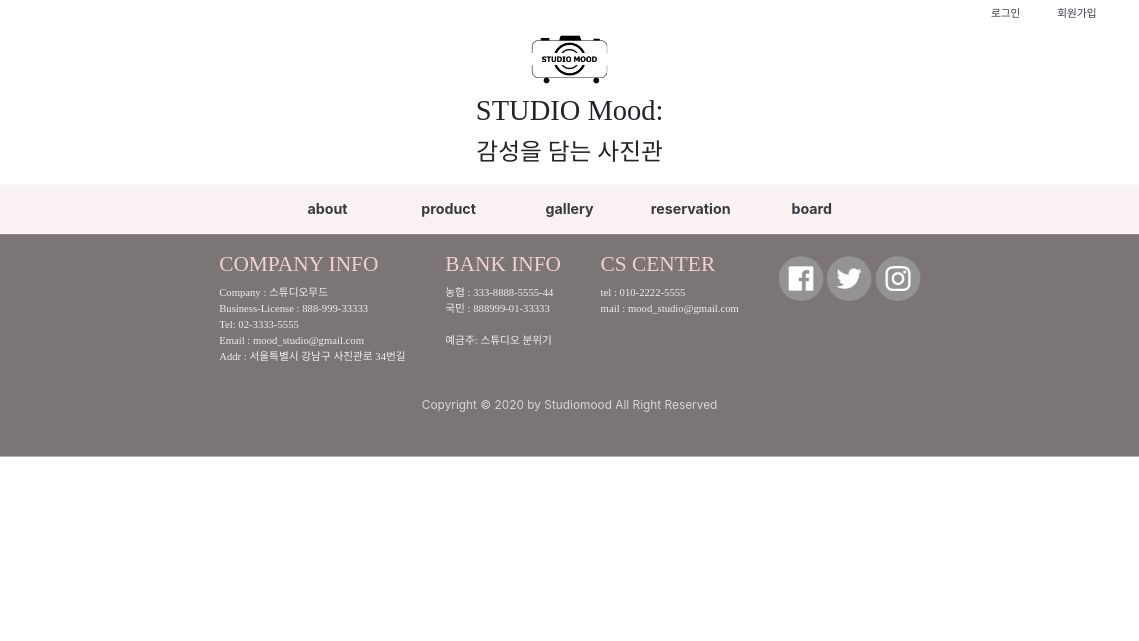
Repository: seugju/HSDsemi
Page: http://localhost/studioMood/views/product/productTest.jsp
These files come from the project's save history. The page is drawn as it stood at one moment and after the next save; the edit follows.
The browser window is 1280 px wide. The pictures show the whole page, at 89% of full size.
Some web fonts or font styles are not loaded; a fallback is used. The page is served by Tomcat 9. Other server files are loaded and not shown.

Above is the page before, as saved 2020-12-02 16:32:43.

### project-workspace/studioMood/WebContent/views/product/productTest.jsp
<%@ page language="java" contentType="text/html; charset=UTF-8"
    pageEncoding="UTF-8"%>
<!DOCTYPE html PUBLIC "-//W3C//DTD HTML 4.01 Transitional//EN" "http://www.w3.org/TR/html4/loose.dtd">
<html>
<head>
<meta http-equiv="Content-Type" content="text/html; charset=UTF-8">
<title>Insert title here</title>
</head>
<body>
<%@ include file="/WEB-INF/views/common/header.jsp" %>
<%@ include file="/WEB-INF/views/common/footer.jsp" %>
</body>
</html>

### project-workspace/studioMood/WebContent/WEB-INF/views/common/header.jsp
<%@page import="member.model.vo.Member"%>
<%@ page language="java" contentType="text/html; charset=UTF-8"
    pageEncoding="UTF-8"%>
    <%
    	Member m = (Member)session.getAttribute("loginMember");
    %>
<!DOCTYPE html PUBLIC "-//W3C//DTD HTML 4.01 Transitional//EN" "http://www.w3.org/TR/html4/loose.dtd">
<html>
<head>
<meta http-equiv="Content-Type" content="text/html; charset=UTF-8">
<title>Insert title here</title>

<script type="text/javascript" src="http://code.jquery.com/jquery-3.3.1.js"></script>
    <link rel="stylesheet" href="https://maxcdn.bootstrapcdn.com/bootstrap/4.5.2/css/bootstrap.min.css">
    <script src="https://ajax.googleapis.com/ajax/libs/jquery/3.5.1/jquery.min.js"></script>
    <script src="https://cdnjs.cloudflare.com/ajax/libs/popper.js/1.16.0/umd/popper.min.js"></script>
    <script src="https://maxcdn.bootstrapcdn.com/bootstrap/4.5.2/js/bootstrap.min.js"></script>

     <style>
    	 @font-face {
            font-family: 'S-CoreDream-4Regular';
            src: url('https://cdn.jsdelivr.net/gh/projectnoonnu/noonfonts_six@1.2/S-CoreDream-4Regular.woff') format('woff');
            font-weight: normal;
            font-style: normal;
        }

		@font-face {
		    font-family: 'Cafe24Danjunghae';
		    src: url('https://cdn.jsdelivr.net/gh/projectnoonnu/noonfonts_twelve@1.1/Cafe24Danjunghae.woff') format('woff');
		    font-weight: normal;
		    font-style: normal;
		}

		@font-face {
		    font-family: 'KCC-eunyoung';
		    src: url('https://cdn.jsdelivr.net/gh/projectnoonnu/noonfonts_one@1.0/KCC-eunyoung-Regular.woff') format('woff');
		    font-weight: normal;
		    font-style: normal;
		}
        header{
            width: 100vw;
            z-index: 0;
        }

        .navbar {
            display: block;
            background-color: #faf2f2;
            margin: 0 auto;
            z-index : 2;
        }

        .logo {
            margin: 0 auto;
            width: 500px;
            text-align: center;
        }
        .logo >h2{
         	font-family: 'Cafe24Danjunghae';
         }

        .logo>p{
        	 font-family: 'KCC-eunyoung';
        	 font-size: 20pt;
        }

        .navi-menu,
        .navi-menu-top {
            /* menu ul */
            list-style: none;
            text-align: center;

        }

        .navi-menu-top {
            float: right;
        }

        .navi-menu {
            margin: 0 auto;
            width: 680px;
            height: 40px;
        }

        .navi-menu>li {
            width: 125px;
            margin: 0 auto;
        }

        .navi-menu li>a {
            width: 100%;
            height: 30px;
            box-sizing: border-box;
            text-align: center;
            display: block;
            float: left;
        }
        .nav-link {
            color: #373a40;
            font-weight: bold;

        }
        .nav-link:hover{
        	color:#f1d1d1  ;
        }


        .navi-menu-top {
            display: inline-block;
        }

        .nav-top {
     	   	font-family: 'S-CoreDream-4Regular';
            width: 1200px;
            float: right;
            padding-right: 30px;
        }

        .navi-menu-top li {
            width: 80px;
            height: 30px;
            float: left;
        }

        .navi-menu-top li>a {
            width: 100%;
            height: 100%;
            display: inline-block;
            font-size: 9pt;
            line-height: 30px;
            color: #373a40;
        }
        .subMenu {
            margin-top: 10px;
            padding: 0;
            list-style-type: none;
            display :none;
             z-index : 1;
        }

		.subMenu>li {
            background-color: rgba(250,242,242,0.8);
        }

        .subMenu li>a {
            margin: 0;
            padding: 0;
            font-size: 10pt;
            display: inline-block;
            width: 125px;
            float: none;
            color: #373a40;

            /*transition-duration: 1s;*/
        }

        .subMenu>li:first-child>a {
            margin-top: 20px;
       	 }

           a{
		      text-decoration: none;
		      color:black;
		   }
		   a:hover{
		      text-decoration: none;
		      color:#e6d1d8;
		   }

        .subMenu{
            margin: 0;
            padding: 0;
            list-style-type: none;
            transition-duration: 2s;
        }
        .subMenu li>a{
            margin: 0;
            padding: 0;
            display: inline-block;
            width: 125px;
            float: none;
        }
        .subMenu>li:first-child>a {
            margin-top: 30px;
        }
        .subMenu li>a:hover {
       		color:#968c83;
           font-weight: bold;
        }

    </style>

        <script>
         $(document).ready(function() {
            var subMenu = $(".subMenu");
            subMenu.hide();
            var navMenu = $(".navi-menu>li>a");
            var idx = navMenu.index();

             $(".navi-menu>li>a").click(function() {
                $(this).next().stop().slideToggle(300);
            });


        });


    </script>
</head>
<body>

     <div class="nav-top">
     <%if(m != null) { //로그인 된 상태%>
     	<ul class="navbar-nav navi-menu-top" id="login-nav">
            <li>
                <a class="nav-top-link" href="/logout">로그아웃</a>
            </li>
            <li>
            <%if(m.getMemberLevel() == 0) {%>
                <a class="nav-top-link" href="/adminPage">관리자페이지</a>
            <%}else{ %>
                <a class="nav-top-link" href="/myPage?memberId=<%=m.getMemberId()%>">마이페이지</a>
            <%} %>
            </li>
        </ul>
     <%}else { %>
     	<ul class="navbar-nav navi-menu-top" id="logout-nav">
            <li>
                <a class="nav-top-link" href="/views/member/login.jsp">로그인</a>
            </li>
            <li>
                <a class="nav-top-link" href="/views/member/join.jsp">회원가입</a>
            </li>
        </ul>
     <%} %>
    </div>

    <div class="container-fluid">
        <br>
        <div class="logo">
            <img src="/img/logo.png" width="100px;" onclick="location.href = '/'">
            <h2>STUDIO Mood:</h2>
            <p>감성을 담는 사진관 </p>
        </div>
    </div>

   <nav class="navbar navbar-expand-sm sticky-top">
        <ul class="navbar-nav navi-menu">
            <li class="nav-item">
                <a class="nav-link" href="#">about</a>

                <ul class="subMenu">
                    <li><a class="nav-link sub-nav-item" href="/about">studio 'mood'</a></li>

                </ul>
            </li>
            <li class="nav-item">
                <a class="nav-link" href="/views/product/product.jsp">product</a>
            </li>
            <li class="nav-item">
                <a class="nav-link" href="#">gallery</a>
                <ul class="subMenu">
                    <li><a class="nav-link sub-nav-item" href="#">개인프로필</a></li>
                    <li><a class="nav-link sub-nav-item" href="#">바디프로필</a></li>
                    <li><a class="nav-link sub-nav-item" href="#">단체프로필</a></li>
                </ul>
            </li>
            <li class="nav-item">
                <a class="nav-link" href="#">reservation</a>
                <ul class="subMenu">
                    <li><a class="nav-link sub-nav-item" href="/test">예약</a></li>
                    <li><a class="nav-link sub-nav-item" href="/searchReserve">예약확인</a></li>
                </ul>
            </li>
            <li class="nav-item">
                <a class="nav-link" href="#">board</a>
                <ul class="subMenu">
                    <li><a class="nav-link sub-nav-item" href="/noticeList?reqPage=1">공지사항</a></li>
                    <li><a class="nav-link sub-nav-item" href="/qnaList?reqPage=1">QnA</a></li>
                    <li><a class="nav-link sub-nav-item" href="/postList?reqPage=1">후기</a></li>
                    <li><a class="nav-link sub-nav-item" href="/faqList?reqPage=1">FAQ</a></li>
                </ul>
            </li>
        </ul>
    </nav>


</body>
</html>

### project-workspace/studioMood/WebContent/WEB-INF/views/common/footer.jsp
<%@ page language="java" contentType="text/html; charset=UTF-8"
    pageEncoding="UTF-8"%>
<!DOCTYPE html PUBLIC "-//W3C//DTD HTML 4.01 Transitional//EN" "http://www.w3.org/TR/html4/loose.dtd">
<html>
<head>
<meta http-equiv="Content-Type" content="text/html; charset=UTF-8">
<title>Insert title here</title>

<style>
		 @font-face {
            font-family: 'S-CoreDream-4Regular';
            src: url('https://cdn.jsdelivr.net/gh/projectnoonnu/noonfonts_six@1.2/S-CoreDream-4Regular.woff') format('woff');
            font-weight: normal;
            font-style: normal;
        }

        @font-face {
            font-family: 'S-CoreDream-5Medium';
            src: url('https://cdn.jsdelivr.net/gh/projectnoonnu/noonfonts_six@1.2/S-CoreDream-5Medium.woff') format('woff');
            font-weight: normal;
            font-style: normal;
        }
        .footer{
            background-color: rgb(124, 117, 117);
            text-align: center;

            height: 250px;
            margin: 0;
            padding: 0;
            z-index: 0;
        }
        .footerBox{
            margin: 20px;
            text-align: left;
            display: inline-block
        }
        .footerBox >h2{
       		font-family: 'S-CoreDream-5Medium';
            color: rgb(241, 209, 209);
            font-size: 18pt;
        }
        .footerBox>p{
        	font-family: 'S-CoreDream-4Regular';
        	font-size: 9pt;
            color: rgb(241, 238, 238);
        }
        .footer-top,
        .footer-bottom{
        	margin : 0 auto;
            width: 1198px;
        }
        .footer-bottom>p{
          color: rgba(241, 238, 238, 0.8);
          font-size: 10pt;
        }
        .icon{

        }
        .icon>img{

            width: 50px;
        }
    </style>
</head>
<body>
 <footer>
       <div class="footer">
           <div class="footer-top">
                <div class="footerBox company-info" width:310px;>
                <h2>COMPANY INFO</h2>
                <p>
                    Company : 스튜디오무드 <br>
                    Business-License : 888-999-33333<br>
                    Tel: 02-3333-5555<br>
                    Email : mood_studio@gmail.com<br>
                    Addr : 서울특별시 강남구 사진관로 34번길<br>
                </p>
            </div>
            <div class="footerBox bank-info" width:180px;>
                <h2>BANK INFO</h2>
                <p>
                    농협 : 333-8888-5555-44 <br>
                    국민 : 888999-01-33333<br><br>
                    예금주: 스튜디오 분위기<br><br>

                </p>
            </div>
            <div class="footerBox cs" width:230px;>
                <h2>CS CENTER</h2>
                <p>
                    tel : 010-2222-5555 <br>
                    mail : mood_studio@gmail.com<br><br><br><br>
                </p>
            </div>
           <div class="footerBox icon" width:130px;>
               <img src="/img/Facebook_1.png">
               <img src="/img/Twitter_1.png">
               <img src="/img/Instagram_1.png">
               <p><br><br><br><br></p>
           </div>
           </div>

            <div class="footer-bottom">
                <p>Copyright &copy; 2020 by Studiomood All Right Reserved</p>
            </div>

       </div>

   </footer>

</body>
</html>

After the next save:
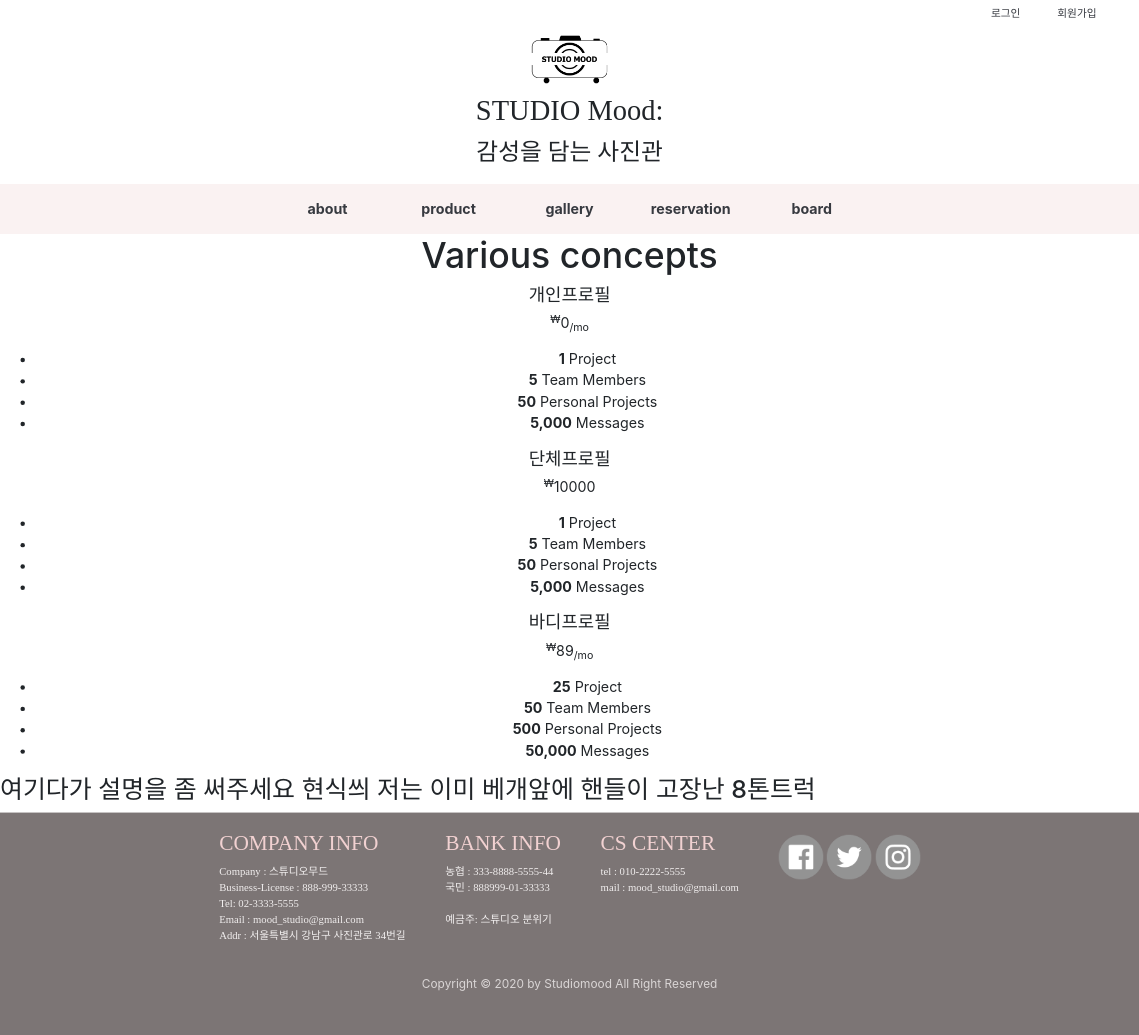
Saved 37 s later.
--- a/project-workspace/studioMood/WebContent/views/product/productTest.jsp
+++ b/project-workspace/studioMood/WebContent/views/product/productTest.jsp
@@ -8,6 +8,57 @@
 </head>
 <body>
 <%@ include file="/WEB-INF/views/common/header.jsp" %>
+<div class="explain-content">
+	<h1 class="text-center">
+Various concepts
+</h1>
+
+<div class="pricing-box-container">
+	<div id="indiv" class="pricing-box text-center">
+	<div class="opacity-div">
+		<h5>개인프로필</h5>
+		<p class="price"><sup>₩</sup>0<sub>/mo</sub></p>
+		<ul class="features-list">
+			<li><strong>1</strong> Project</li>
+			<li><strong>5</strong> Team Members</li>
+			<li><strong>50</strong> Personal Projects</li>
+			<li><strong>5,000</strong> Messages</li>
+		</ul>
+		</div>
+	</div>
+
+	<div id="group" class="pricing-box text-center">
+	<div class="opacity-div">
+		<h5>단체프로필</h5>
+		<p class="price"><sup>₩</sup>10000</p>
+		<ul class="features-list">
+			<li><strong>1</strong> Project</li>
+			<li><strong>5</strong> Team Members</li>
+			<li><strong>50</strong> Personal Projects</li>
+			<li><strong>5,000</strong> Messages</li>
+		</ul>
+		</div>
+	</div>
+
+	<div id="body" class="pricing-box text-center">
+	<div class="opacity-div">
+		<h5>바디프로필</h5>
+		<p class="price"><sup>₩</sup>89<sub>/mo</sub></p>
+		<ul class="features-list">
+			<li><strong>25</strong> Project</li>
+			<li><strong>50</strong> Team Members</li>
+			<li><strong>500</strong> Personal Projects</li>
+			<li><strong>50,000</strong> Messages</li>
+		</ul>
+
+	</div>
+	</div>
+	<div class="explain-product">
+		<h3>여기다가 설명을 좀 써주세요 현식씌  저는 이미 베개앞에 핸들이 고장난 8톤트럭 </h3>
+	</div>
+</div>
+
+</div>
 <%@ include file="/WEB-INF/views/common/footer.jsp" %>
 </body>
 </html>
